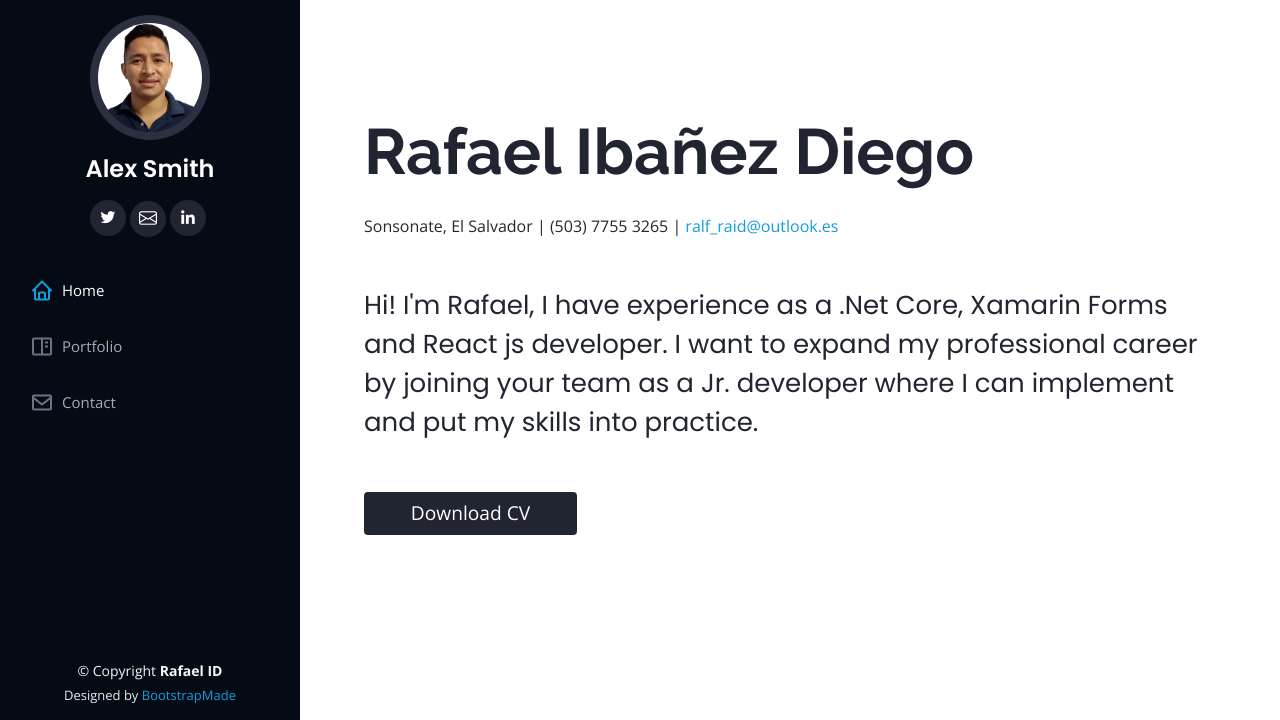
Repository: ralfId/myportfolio
Page: /
The author's editor kept a copy of each file at every save. The page is drawn from the files as they stood at one save, then again after the next save.
The browser window is 1280 px wide. The pictures show the whole page.
The project was rebuilt for these pictures with package versions that can differ from the ones it lists, and the page was loaded fresh each time. Also part of the build but not shown: src/data/projects.js, src/components/Projects/ProjectItem.js, src/components/Projects/ProjectIndex.js, src/helpers/ProjectById.js, src/components/Projects/ProjectDetail.js.

Above is the page before, as saved 2021-09-20 16:31:43.

### public/index.html
<!DOCTYPE html>
<html lang="en">

<head>
  <meta charset="utf-8" />
  <link rel="icon" href="%PUBLIC_URL%/favicon.ico" />
  <meta name="viewport" content="width=device-width, initial-scale=1" />
  <meta name="theme-color" content="#000000" />
  <meta name="description" content="Web site created using create-react-app" />
  <link rel="apple-touch-icon" href="%PUBLIC_URL%/logo192.png" />
  <link rel="manifest" href="%PUBLIC_URL%/manifest.json" />

  <!-- Google Fonts -->
  <link
    href="https://fonts.googleapis.com/css?family=Open+Sans:300,300i,400,400i,600,600i,700,700i|Raleway:300,300i,400,400i,500,500i,600,600i,700,700i|Poppins:300,300i,400,400i,500,500i,600,600i,700,700i"
    rel="stylesheet">

  <!-- Vendor CSS Files -->
  <link href="vendor/aos/aos.css" rel="stylesheet">
  <link href="vendor/bootstrap/css/bootstrap.min.css" rel="stylesheet">
  <link href="vendor/bootstrap-icons/bootstrap-icons.css" rel="stylesheet">
  <link href="vendor/boxicons/css/boxicons.min.css" rel="stylesheet">
  <link href="vendor/glightbox/css/glightbox.min.css" rel="stylesheet">
  <link href="vendor/swiper/swiper-bundle.min.css" rel="stylesheet">

  <!-- Template Main CSS File -->
  <link href="css/style.css" rel="stylesheet">
  <title>React App</title>

  <!-- =======================================================
  * Template Name: iPortfolio - v3.3.0
  * Template URL: https://bootstrapmade.com/iportfolio-bootstrap-portfolio-websites-template/
  * Author: BootstrapMade.com
  * License: https://bootstrapmade.com/license/
  ======================================================== -->
</head>

<body>
  <noscript>You need to enable JavaScript to run this app.</noscript>
  <div id="root"></div>
  <!--
      This HTML file is a template.
      If you open it directly in the browser, you will see an empty page.

      You can add webfonts, meta tags, or analytics to this file.
      The build step will place the bundled scripts into the <body> tag.

      To begin the development, run `npm start` or `yarn start`.
      To create a production bundle, use `npm run build` or `yarn build`.
    -->
 <!-- Vendor JS Files -->
 <script src="vendor/aos/aos.js" type="text/javascript"></script>
 <script src="vendor/bootstrap/js/bootstrap.bundle.min.js" type="text/javascript"></script>
 <script src="vendor/glightbox/js/glightbox.min.js" type="text/javascript"></script>
 <script src="vendor/isotope-layout/isotope.pkgd.min.js" type="text/javascript"></script>
 <script src="vendor/php-email-form/validate.js" type="text/javascript"></script>
 <script src="vendor/purecounter/purecounter.js" type="text/javascript"></script>
 <script src="vendor/swiper/swiper-bundle.min.js" type="text/javascript"></script>
 <script src="vendor/typed.js/typed.min.js" type="text/javascript"></script>
 <script src="vendor/waypoints/noframework.waypoints.js" type="text/javascript"></script>

 <!-- Template Main JS File -->
 <script src="js/main.js" type="text/javascript"></script>

</body>

</html>

### src/components/Home.js
import React from 'react'

export const Home = () => {
    return (
        <>
            {/* <section id="hero" className="d-flex flex-column justify-content-center align-items-center">
                <div className="hero-container" data-aos="fade-in">
                    <h1>Alex Smith</h1>
                    <p>I'm <span className="typed" data-typed-items="Software Developer, Xamarin Forms Developer, .Net Core Developer"></span></p>
                </div>
            </section> */}
            <section id="hero">
                <div className="position-relative overflow-hidden p-3 p-md-5 m-md-3 ">
                    <h1>Rafael Ibañez Diego</h1>
                    <br />
                    <span>
                        Sonsonate, El Salvador | (503) 7755 3265 | <a href="ralf_raid@outlook.es">ralf_raid@outlook.es</a>
                    </span>
                    <br /><br /><br />
                    <p>
                        Hi! I'm Rafael, I have experience as a .Net Core, Xamarin Forms and React js developer.
                        I want to expand my professional career by joining your team as a Jr. developer where
                        I can implement and put my skills into practice.
                    </p>
                    <button className="col-md-3 btn">
                        <a href="https://drive.google.com/file/d/1vJaF_GdrEpqvxunoCtHR6NM8FIdySfaQ/view?usp=sharing"  target="_blank" rel="noreferrer">
                            Download CV
                        </a>
                    </button>
                </div>
            </section>
        </>
    )
}

Loaded but not shown: src/index.js (common file); public/vendor/aos/aos.css (library); public/vendor/bootstrap/css/bootstrap.min.css (library); public/vendor/bootstrap-icons/bootstrap-icons.css (library); public/vendor/boxicons/css/boxicons.min.css (library); public/vendor/glightbox/css/glightbox.min.css (library); public/vendor/swiper/swiper-bundle.min.css (library); public/vendor/aos/aos.js (library); public/vendor/bootstrap/js/bootstrap.bundle.min.js (library); public/vendor/glightbox/js/glightbox.min.js (library); public/vendor/isotope-layout/isotope.pkgd.min.js (library); public/vendor/php-email-form/validate.js (common file); public/vendor/purecounter/purecounter.js (library); public/vendor/swiper/swiper-bundle.min.js (library); public/vendor/typed.js/typed.min.js (library); public/vendor/waypoints/noframework.waypoints.js (library); public/js/main.js (267 lines, source omitted); src/components/Nav.js (47 lines, source omitted); src/routers/AppRouter.js (32 lines, source omitted); src/components/Footer.js (16 lines, source omitted); src/Portfolio.js (10 lines, source omitted); public/css/style.css (1102 lines, source omitted)

After the next save:
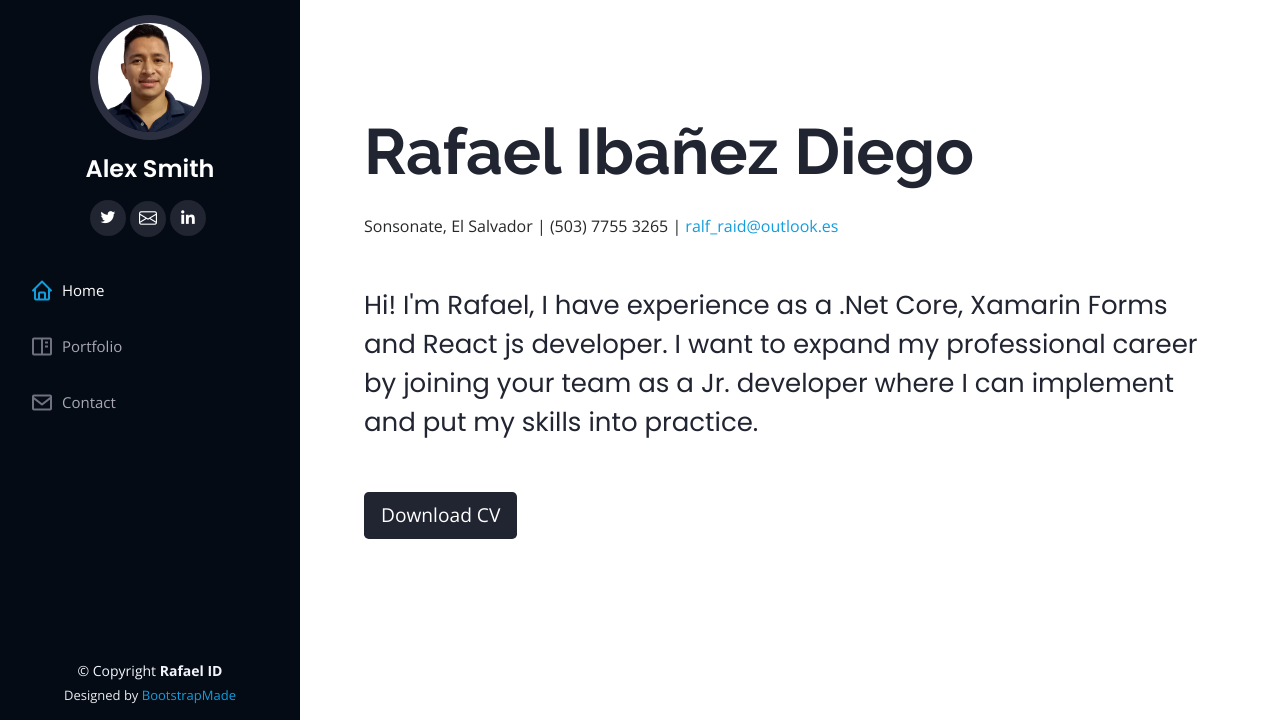
Saved 2 min 57 s later.
--- a/src/components/Home.js
+++ b/src/components/Home.js
@@ -22,7 +22,7 @@ export const Home = () => {
                         I want to expand my professional career by joining your team as a Jr. developer where
                         I can implement and put my skills into practice.
                     </p>
-                    <button className="col-md-3 btn">
+                    <button className="btn btn-lg">
                         <a href="https://drive.google.com/file/d/1vJaF_GdrEpqvxunoCtHR6NM8FIdySfaQ/view?usp=sharing"  target="_blank" rel="noreferrer">
                             Download CV
                         </a>
